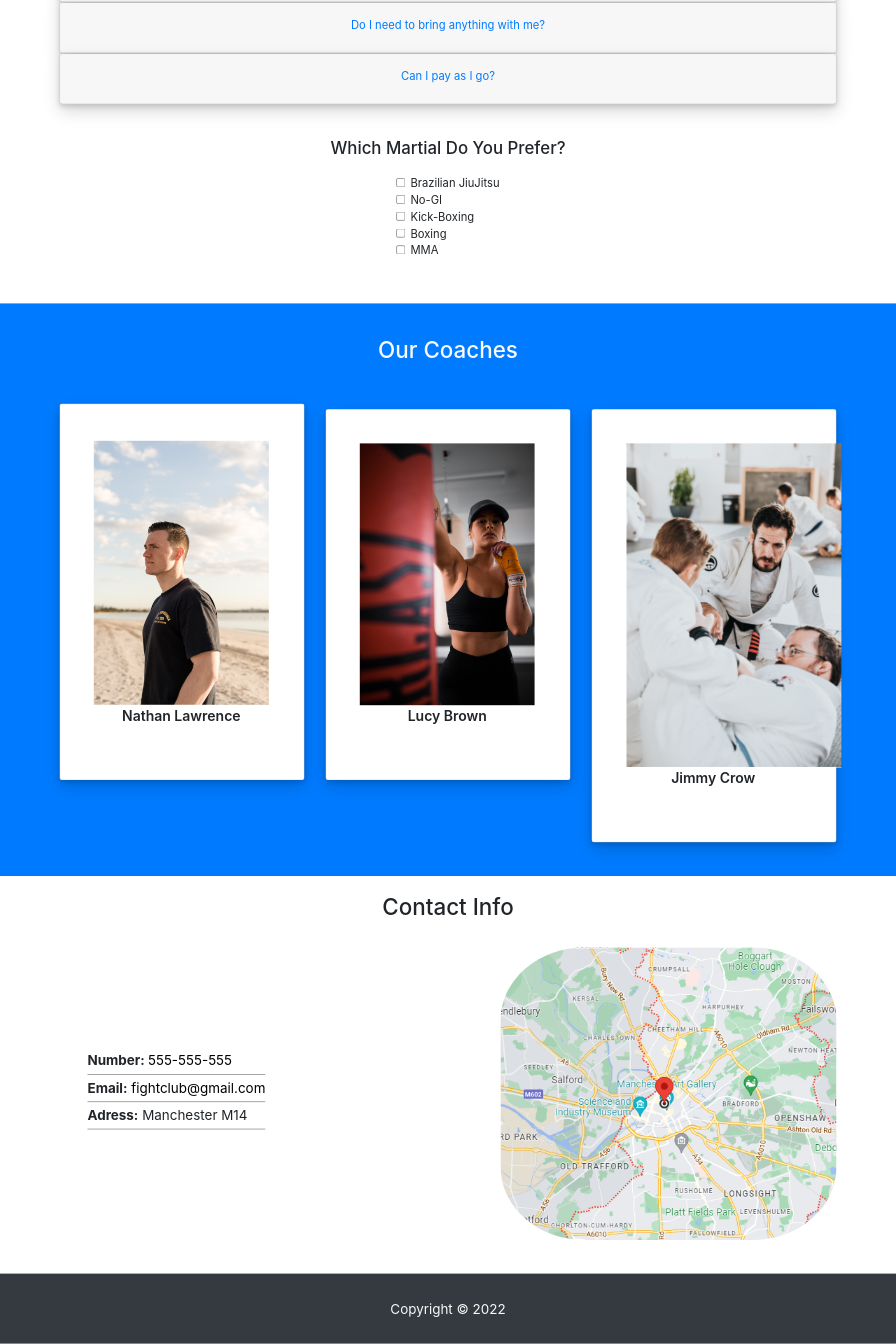
Repository: IonPara/Just-Fight
Page: index.html
The author's editor kept a copy of each file at every save. The page is drawn from the files as they stood at one save, then again after the next save.
The browser window is 1280 px wide. The pictures show the part of the page from y = 2268 to 4188 px (the page is 4188 px tall before and 4101 px after), at 70% of full size.
Some web libraries are served in a nearby version.

Above is the page before, as saved 2023-03-13 16:14:33.

After the next save:
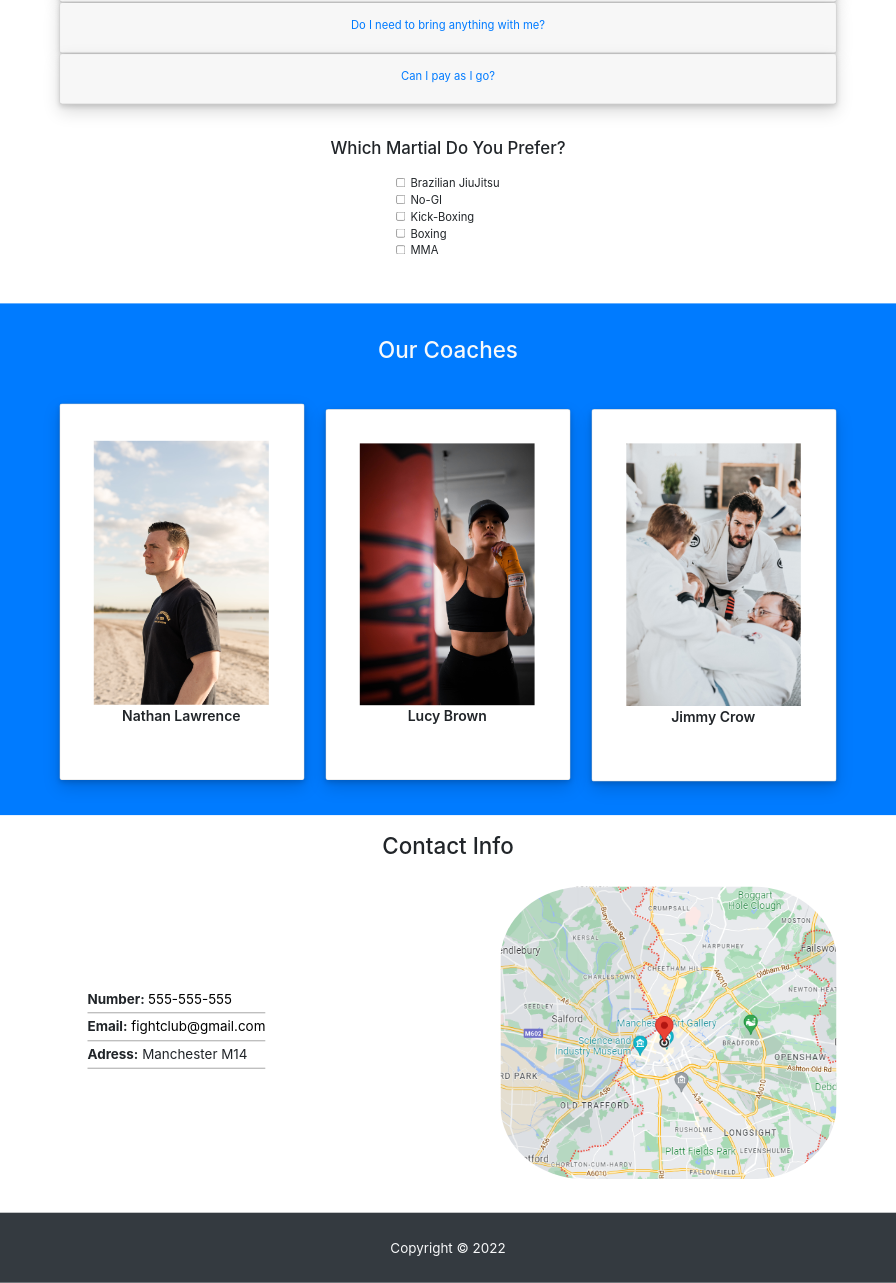
Saved 27 s later.
--- a/index.html
+++ b/index.html
@@ -423,7 +423,7 @@
         <div class="col-md mt-2">
           <div class="card card-body p-5 ">
             <figure class="image-container" id="col-coach3">
-              <img class="card-image  d-md-block" src="./Images/coach33.png" alt="Coach">
+              <img class="card-image w-100 d-md-block" src="./Images/coach33.png" alt="Coach">
               <figcaption class="card-title lead">Jimmy Crow</figcaption>
             </figure>
           </div>
